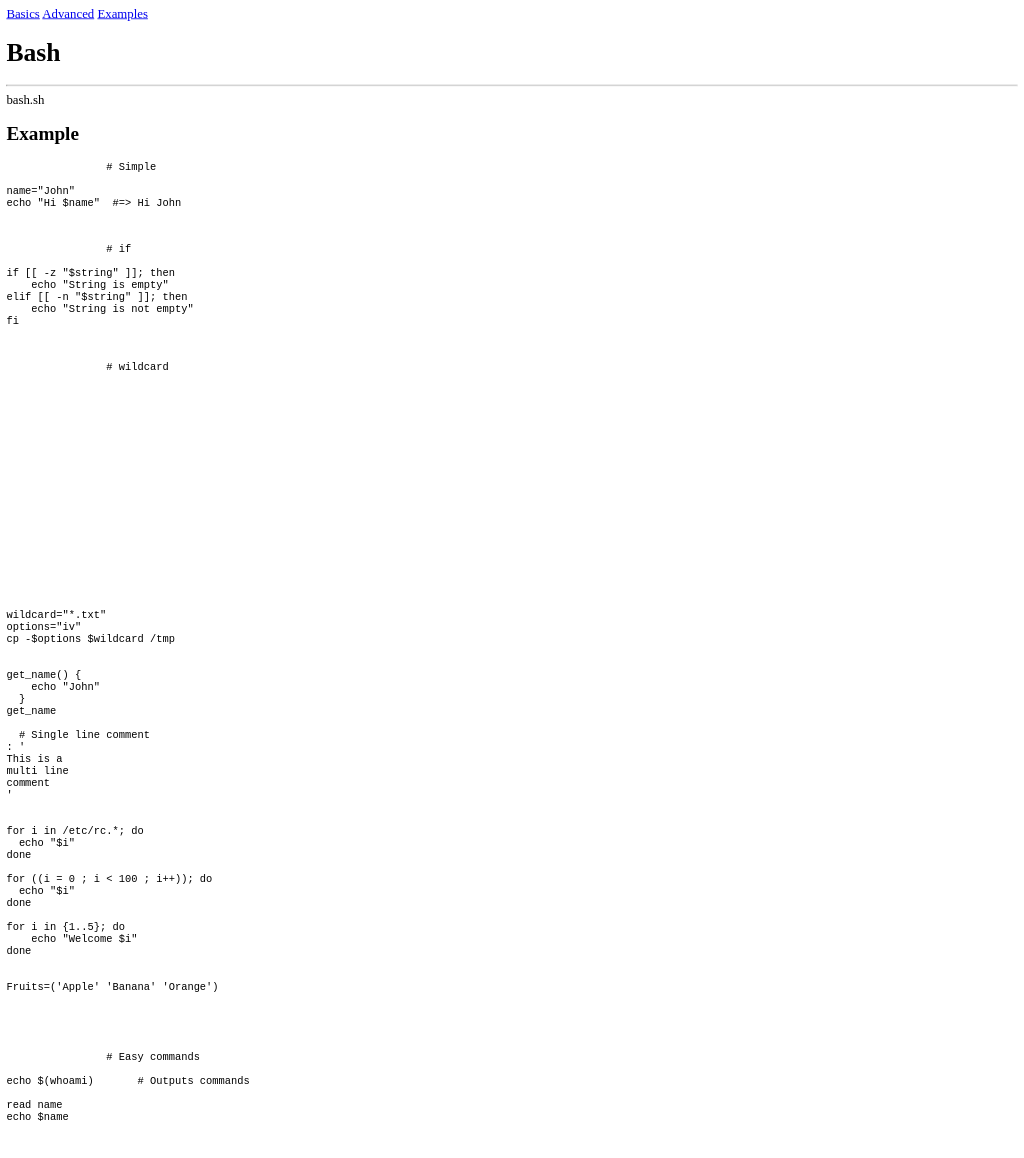
Repository: Max-Rohrhirsch/Max-Rohrhirsch.github.io
Page: documentation/small/bash.html
An editor plug-in stored every save of this project. The page is shown before and after the next save, followed by the edit.
The browser window is 1280 px wide. The pictures show the whole page, at 80% of full size.

Above is the page before, as saved 2023-10-06 23:38:56.

After the next save:
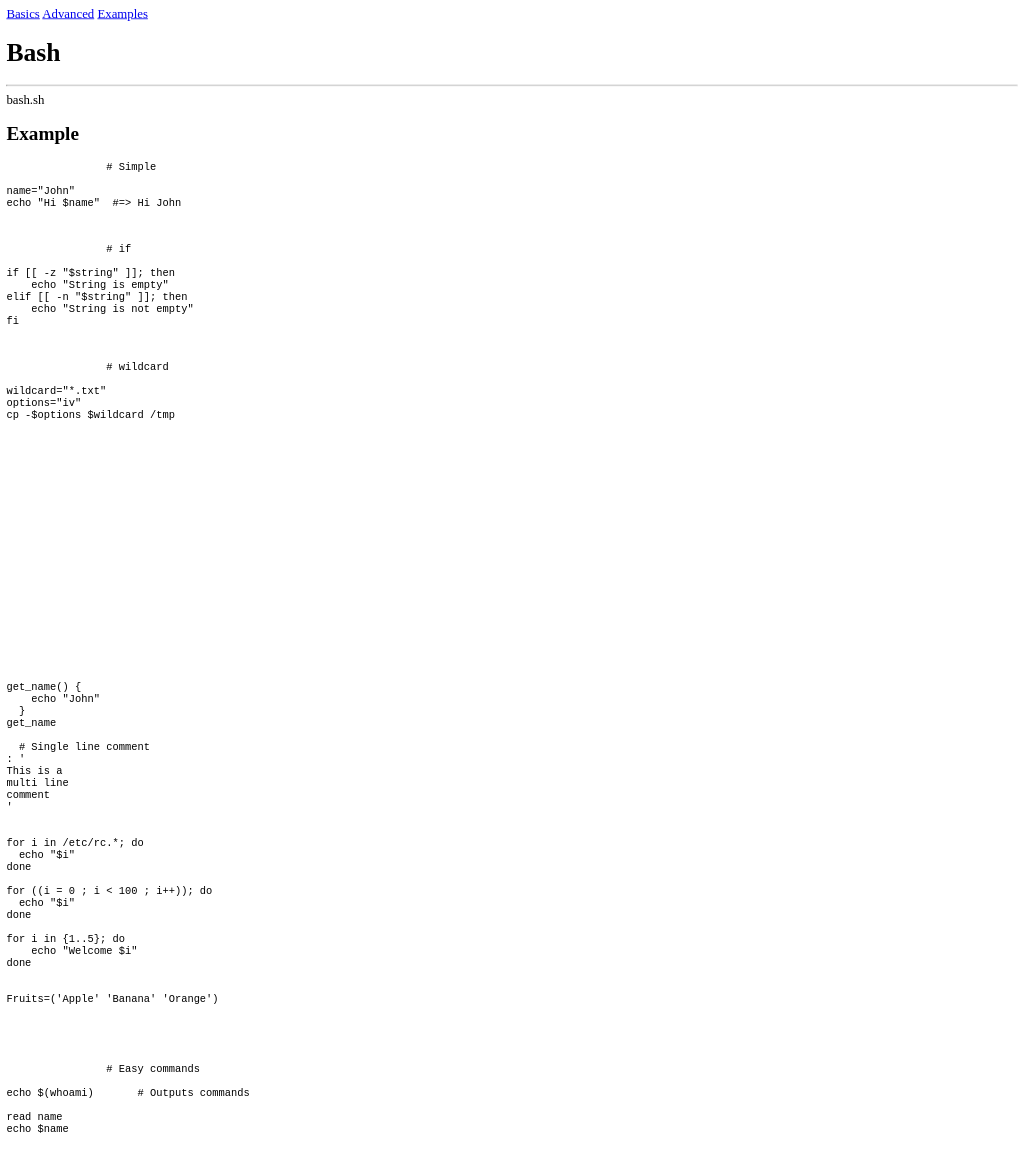
Saved 10 s later.
--- a/documentation/small/bash.html
+++ b/documentation/small/bash.html
@@ -38,6 +38,9 @@ fi
             <pre>
                 <code class="language-bash"># wildcard
 
+wildcard="*.txt"
+options="iv"
+cp -$options $wildcard /tmp
                 </code>
             </pre>
             <pre>
@@ -57,9 +60,7 @@ fi
 
 
 
-wildcard="*.txt"
-options="iv"
-cp -$options $wildcard /tmp
+
 
 
 get_name() {
